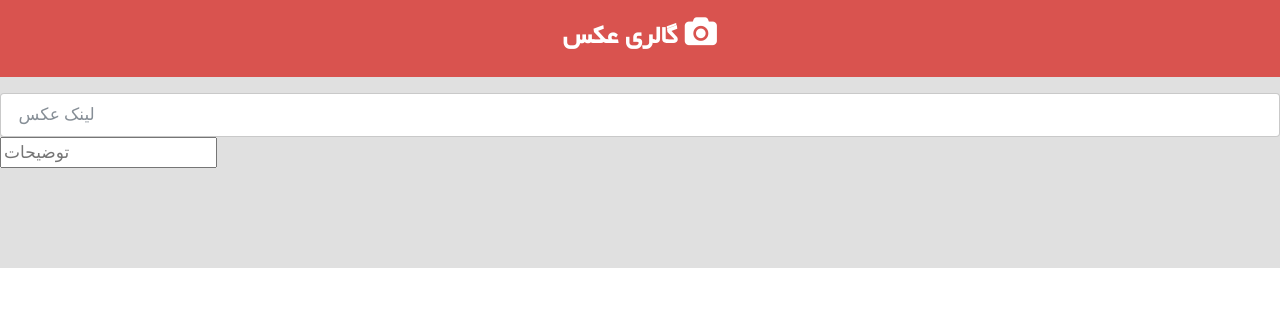
Repository: sadegh1379/PhotoWall-app
Page: /addphoto
These files come from the project's save history. The page is drawn as it stood at one moment and after a run of saves; the edit follows.
The browser window is 1280 px wide. The pictures show the whole page.
The project was rebuilt for these pictures with package versions that can differ from the ones it lists, and the page was loaded fresh each time. Also part of the build but not shown: src/Component/Photo.js, src/Component/PhotoWall.js.

Above is the page before, as saved 2020-02-22 13:16:58.

After the next 2 saves:
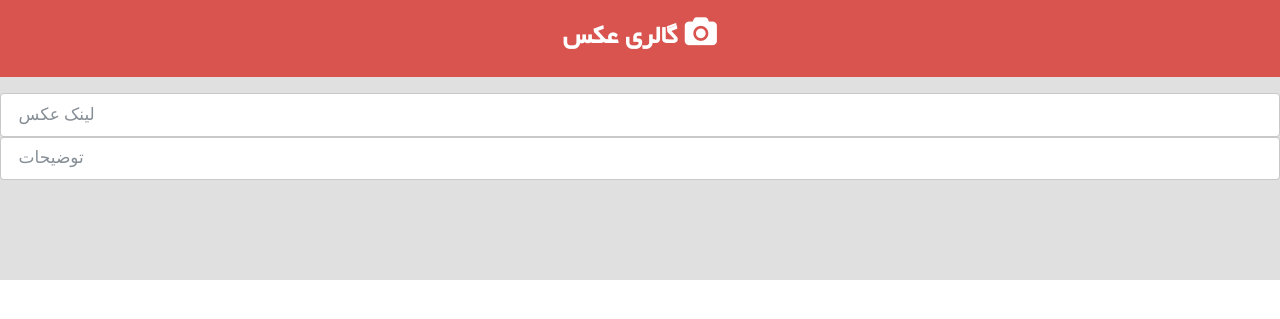
The 2 saves are shown as one change because they came seconds apart.
The last was saved 9 s later.
--- a/src/Component/AddPhoto.js
+++ b/src/Component/AddPhoto.js
@@ -6,7 +6,7 @@ export class AddPhoto extends Component {
             <div>
                 <form>
                     <input type="text" placeholder="لینک عکس" className="form-control"/>
-                    <input type="text" placeholder="توضیحات" />
+                    <input type="text" placeholder="توضیحات" className="form-control" />
                 </form>
             </div>
         )
